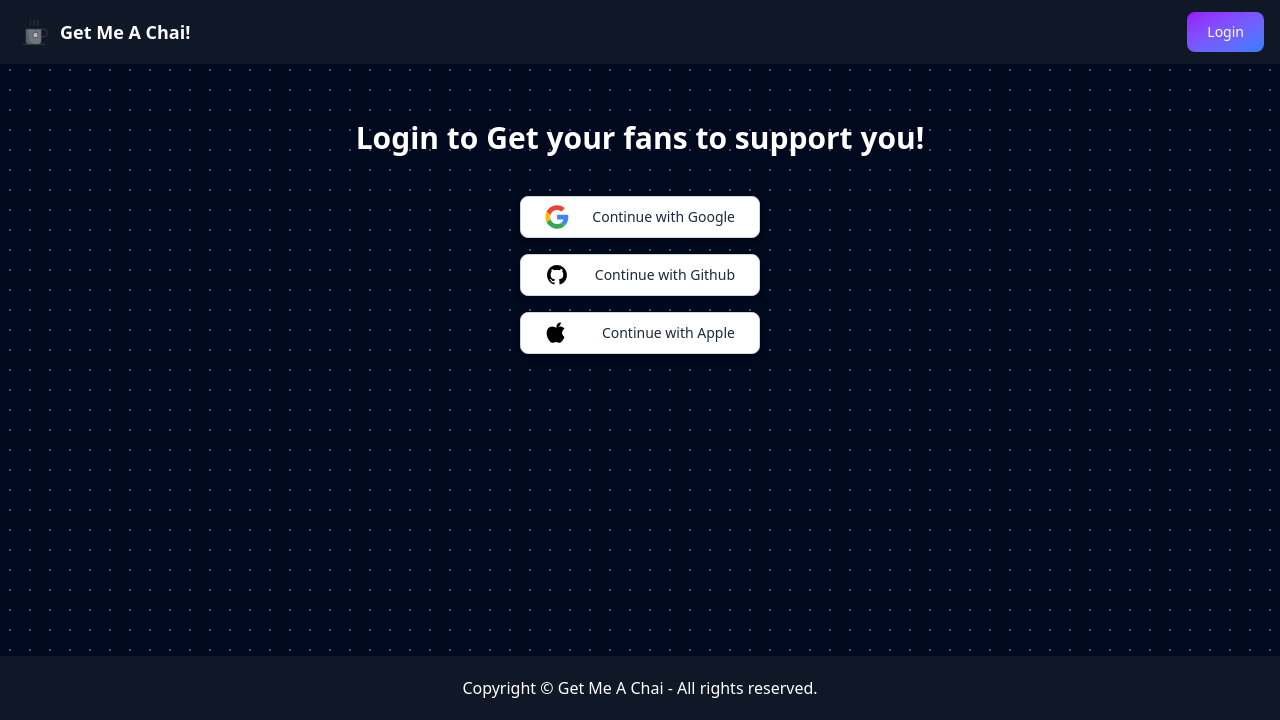
Repository: piyushsudame/patreon-clone-Get-Me-A-Chai
Page: /login
An editor plug-in stored every save of this project. The page is shown before and after the next save, followed by the edit.
The browser window is 1280 px wide. The pictures show the whole page.
The page's requests for data from a server got no answer. The project was rebuilt for these pictures with package versions that can differ from the ones it lists, and the page was loaded fresh each time. The framework's server and built-in components were replaced by stand-ins that run in the browser. No one was signed in, and anything a server would have sent is missing. Also part of the build but not shown: next.config.mjs.

Above is the page before, as saved 2025-05-14 11:38:45.

### app/layout.js
import { Geist, Geist_Mono } from "next/font/google";
import "./globals.css";
import Navbar from "@/components/Navbar";
import Footer from "@/components/Footer";
import SessionWrapper from "@/components/SessionWrapper";
import ToastProvider from "@/components/ToastProvider";
import 'react-toastify/dist/ReactToastify.css';

const geistSans = Geist({
  variable: "--font-geist-sans",
  subsets: ["latin"],
});

const geistMono = Geist_Mono({
  variable: "--font-geist-mono",
  subsets: ["latin"],
});

export const metadata = {
  title: "Get Me A Chai",
  description: "This website is a crowdfunding platform for creators.",
};

export default function RootLayout({ children }) {
  return (
    <html lang="en">
      <body className={`${geistSans.variable} ${geistMono.variable} antialiased`}>
        <SessionWrapper>
          <div className="flex flex-col min-h-screen text-white  bg-blue-950 bg-[radial-gradient(#ffffff33_1px,#00091d_1px)] bg-[size:20px_20px]">
            <Navbar />
            <div className="flex-grow">
              {children}
            </div>
            <Footer />
          </div>
          <ToastProvider />
        </SessionWrapper>
      </body>
    </html>
  );
}

### app/login/page.js
"use client"
import React, { useEffect } from 'react'
import { useSession, signIn, signOut } from "next-auth/react"
import { notFound, useRouter } from 'next/navigation'

const Login = () => {
    const { data: session } = useSession();
    const router = useRouter();

    // Use useEffect for navigation instead of doing it during render
    useEffect(() => {
        // If the user is already logged in, redirect to dashboard page
        if (session) {
            router.push('/dashboard')
        }
    }, [session, router]);

    return (
        <div className='text-white py-14 container mx-auto'>
            <h1 className='text-center font-bold text-3xl'>Login to Get your fans to support you!</h1>

            <div className="social-login-buttons flex flex-col justify-center items-center">
                <div className="flex flex-col gap-4 p-10 rounded-lg w-80">
                    {/* Google */}
                    <button
                        onClick={() => {
                            // Sign in with Google
                            signIn('google', { callbackUrl: '/dashboard' });
                        }}
                        className="flex justify-between items-center bg-white border border-gray-300 rounded-lg shadow-md w-full px-6 py-2 text-sm font-medium text-gray-800 hover:bg-gray-200 focus:outline-none focus:ring-2 focus:ring-offset-2 focus:ring-gray-500"
                    >
                        <svg className="h-6 w-6" xmlns="http://www.w3.org/2000/svg" viewBox="-0.5 0 48 48">
                            <g stroke="none" strokeWidth="1" fill="none" fillRule="evenodd">
                                <path d="M9.827,24c0-1.524,0.253-2.986,0.705-4.356l-7.909-6.04C1.082,16.734,0.214,20.26,0.214,24c0,3.737,0.867,7.261,2.406,10.388l7.905-6.051C10.077,26.973,9.827,25.517,9.827,24" fill="#FBBC05" />
                                <path d="M23.714,10.133c3.311,0,6.302,1.174,8.652,3.094l6.836-6.827c-4.166-3.627-9.507-5.867-15.488-5.867c-9.287,0-17.268,5.311-21.09,13.071l7.909,6.04C12.355,14.112,17.549,10.133,23.714,10.133" fill="#EB4335" />
                                <path d="M23.714,37.867c-6.164,0-11.359-3.979-13.182-9.51l-7.909,6.038c4.822,7.761,12.803,13.072,21.09,13.072c5.732,0,11.205-2.035,15.311-5.849l-7.507-5.804c-2.118,1.334-4.786,2.052-7.804,2.052" fill="#34A853" />
                                <path d="M46.145,24c0-1.387-0.213-2.88-0.534-4.267H23.714v9.067h12.604c-0.63,3.091-2.346,5.468-4.8,7.014l7.507,5.804c4.314-4.004,7.121-9.969,7.121-17.618" fill="#4285F4" />
                            </g>
                        </svg>
                        <span>Continue with Google</span>
                    </button>



                    {/* Github */}
                    <button
                        onClick={() => {
                            // Sign in with GitHub
                            signIn('github', { callbackUrl: '/dashboard' });
                        }}
                        className="flex justify-between items-center bg-white border border-gray-300 rounded-lg shadow-md w-full px-6 py-2 text-sm font-medium text-gray-800 hover:bg-gray-200 focus:outline-none focus:ring-2 focus:ring-offset-2 focus:ring-gray-500"
                    >
                        <svg className="h-6 w-6" xmlns="http://www.w3.org/2000/svg" viewBox="0 0 24 24">
                            <path d="M12,2A10,10,0,0,0,8.84,21.5c.5.08.66-.23.66-.5V19.31C6.73,19.91,6.14,18,6.14,18A2.69,2.69,0,0,0,5,16.5c-.91-.62.07-.6.07-.6a2.1,2.1,0,0,1,1.53,1,2.15,2.15,0,0,0,2.91.83,2.16,2.16,0,0,1,.63-1.34C8,16.17,5.62,15.31,5.62,11.5a3.87,3.87,0,0,1,1-2.71,3.58,3.58,0,0,1,.1-2.64s.84-.27,2.75,1a9.63,9.63,0,0,1,5,0c1.91-1.29,2.75-1,2.75-1a3.58,3.58,0,0,1,.1,2.64,3.87,3.87,0,0,1,1,2.71c0,3.82-2.34,4.66-4.57,4.91a2.39,2.39,0,0,1,.69,1.85V21c0,.27.16.59.67.5A10,10,0,0,0,12,2Z" fill="#000000" />
                        </svg>
                        <span>Continue with Github</span>
                    </button>

                    {/* Apple */}
                    <button className="flex justify-between items-center bg-white border border-gray-300 rounded-lg shadow-md w-full px-6 py-2 text-sm font-medium text-gray-800 hover:bg-gray-200 focus:outline-none focus:ring-2 focus:ring-offset-2 focus:ring-gray-500">
                        <svg className="h-6 w-6" xmlns="http://www.w3.org/2000/svg" viewBox="0 0 24 24">
                            <path d="M17.05,12.04c-0.03-2.89,2.35-4.27,2.46-4.34c-1.34-1.96-3.43-2.23-4.17-2.26c-1.76-0.18-3.46,1.04-4.36,1.04 c-0.91,0-2.3-1.02-3.79-0.99C5.23,5.52,3.51,6.57,2.58,8.2C0.66,11.51,2.07,16.39,3.93,19.08c0.92,1.34,2.01,2.83,3.44,2.77 c1.39-0.06,1.91-0.89,3.59-0.89c1.67,0,2.14,0.89,3.61,0.86c1.49-0.03,2.44-1.35,3.35-2.7c1.07-1.54,1.5-3.05,1.52-3.13 C19.4,15.98,17.08,14.37,17.05,12.04z M14.69,4.7c0.75-0.92,1.26-2.19,1.12-3.47c-1.08,0.05-2.43,0.73-3.2,1.63 c-0.69,0.8-1.3,2.1-1.14,3.33C12.66,6.27,13.92,5.62,14.69,4.7z" fill="#000000" />
                        </svg>
                        <span>Continue with Apple</span>
                    </button>
                </div>
            </div>
        </div>
    )
}

export default Login

### app/globals.css
@import "tailwindcss";

.invertImg{
    filter: invert(0.23)
}

### components/Navbar.js
"use client"
import React, { useState } from 'react'
import { useSession, signIn, signOut } from "next-auth/react"
import Link from 'next/link'

const Navbar = () => {
  const { data: session, status } = useSession()
  const [menuOpen, setMenuOpen] = useState(false)

  return (
    <nav className='bg-gray-900 text-white flex flex-wrap justify-between px-4 py-3 items-center relative'>
      <div className='text-lg logo font-bold flex justify-center items-center'>
        <Link className='flex justify-center items-center gap-2' href={'/'}>
          <span><img width={36} height={36} src="/tea.gif" alt="" className="invertImg min-w-[36px]" /></span>
          <span className="text-base sm:text-lg whitespace-nowrap">Get Me A Chai!</span>
        </Link>
      </div>

      {/* Mobile menu button */}
      <button
        className="md:hidden flex items-center px-3 py-2 border rounded text-gray-300 border-gray-400 hover:text-white hover:border-white"
        onClick={() => setMenuOpen(!menuOpen)}
      >
        <svg className="fill-current h-4 w-4" viewBox="0 0 20 20" xmlns="http://www.w3.org/2000/svg">
          <title>Menu</title>
          <path d="M0 3h20v2H0V3zm0 6h20v2H0V9zm0 6h20v2H0v-2z"/>
        </svg>
      </button>

      {/* Menu items */}
      <div className={`${menuOpen ? 'block' : 'hidden'} md:flex w-full md:w-auto md:items-center mt-4 md:mt-0`}>
        {status === "loading" ? (
          <div className="animate-pulse">Loading...</div>
        ) : session ? (
          <div className="flex flex-col md:flex-row items-start md:items-center gap-4">
            <Link href={`/${session.user.name?.replace(/\s+/g, '-').toLowerCase()}`} className="flex items-center gap-2">
              {session.user.image && (
                <img
                  src={session.user.image}
                  alt={session.user.name || "User"}
                  className="w-8 h-8 rounded-full"
                />
              )}
              <span className="truncate max-w-[150px]">{session.user.name || session.user.email}</span>
            </Link>
            <Link href={'/dashboard'} className="w-full md:w-auto">
              <button type="button" className="w-full md:w-auto text-white bg-gradient-to-br from-purple-600 to-blue-500 hover:bg-gradient-to-bl focus:ring-4 focus:outline-none focus:ring-blue-300 dark:focus:ring-blue-800 font-medium rounded-lg text-sm px-5 py-2.5 text-center">Dashboard</button>
            </Link>
            <button
              onClick={() => signOut({ callbackUrl: '/' })}
              className="w-full md:w-auto text-white bg-gradient-to-br from-red-500 to-pink-500 hover:bg-gradient-to-bl focus:ring-4 focus:outline-none focus:ring-red-300 font-medium rounded-lg text-sm px-5 py-2.5 text-center"
            >
              Sign out
            </button>
          </div>
        ) : (
          <Link href={"/login"} className="w-full md:w-auto">
            <button type="button" className="w-full md:w-auto text-white bg-gradient-to-br from-purple-600 to-blue-500 hover:bg-gradient-to-bl focus:ring-4 focus:outline-none focus:ring-blue-300 dark:focus:ring-blue-800 font-medium rounded-lg text-sm px-5 py-2.5 text-center">Login</button>
          </Link>
        )}
      </div>
    </nav>
  )
}

export default Navbar

### components/Footer.js
import React from 'react'

const Footer = () => {
  return (
    <footer className='bg-gray-900 text-white flex justify-center px-4 h-16 items-center'>
        <p className=''>Copyright &copy; Get Me A Chai - All rights reserved.</p>
    </footer>
  )
}

export default Footer

### components/SessionWrapper.js
"use client"
import React from 'react'
import { SessionProvider } from "next-auth/react"

const SessionWrapper = ({children}) => {
  return (
    <SessionProvider
      // Adding session configuration options
      options={{
        staleTime: 0, // Time in seconds after which the session is considered stale
        refetchInterval: 5 * 60, // Refetch session every 5 minutes
        refetchOnWindowFocus: true, // Refetch when window gets focus
        clientMaxAge: 0 // Force a session refresh on client side
      }}
    >
      {children}
    </SessionProvider>
  )
}

export default SessionWrapper

### components/ToastProvider.js
'use client';

import { ToastContainer } from 'react-toastify';

export default function ToastProvider() {
  return (
    <ToastContainer
      position="top-right"
      autoClose={5000}
      hideProgressBar={false}
      newestOnTop
      closeOnClick
      rtl={false}
      pauseOnFocusLoss
      draggable
      pauseOnHover
      theme="dark"
    />
  );
}

After the next save:
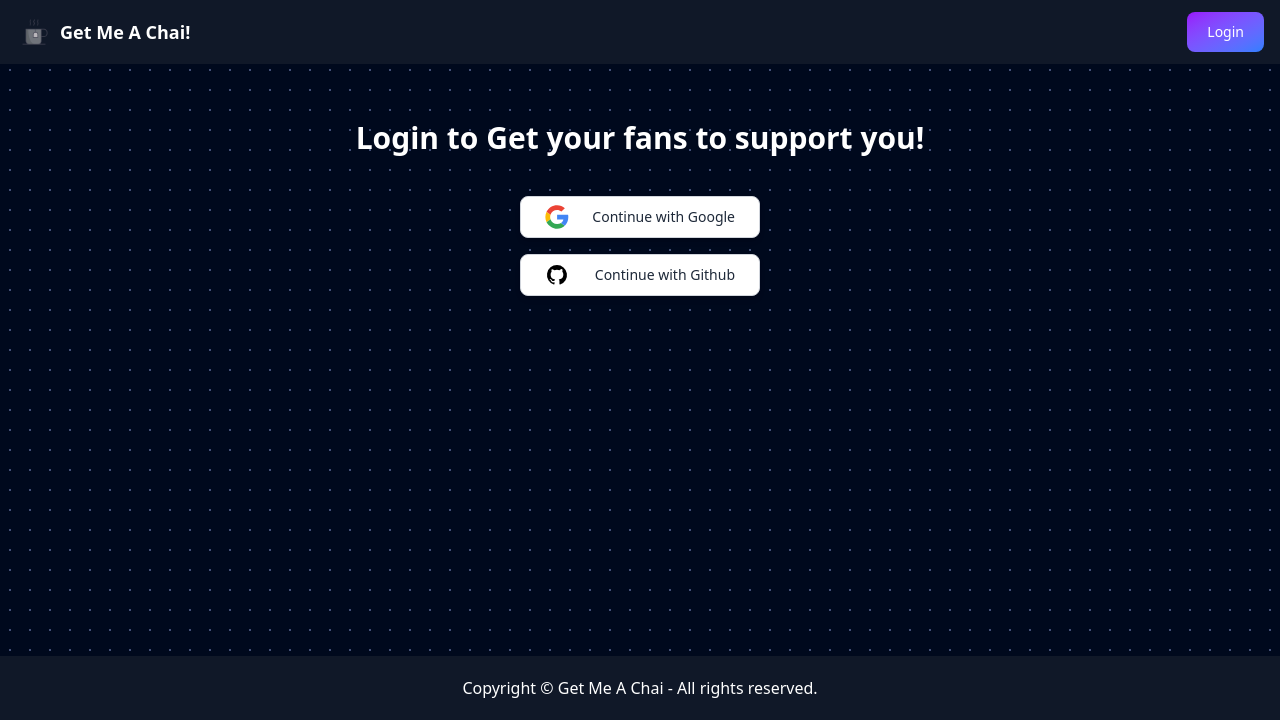
Saved 6 s later.
--- a/app/login/page.js
+++ b/app/login/page.js
@@ -55,14 +55,6 @@ const Login = () => {
                         </svg>
                         <span>Continue with Github</span>
                     </button>
-
-                    {/* Apple */}
-                    <button className="flex justify-between items-center bg-white border border-gray-300 rounded-lg shadow-md w-full px-6 py-2 text-sm font-medium text-gray-800 hover:bg-gray-200 focus:outline-none focus:ring-2 focus:ring-offset-2 focus:ring-gray-500">
-                        <svg className="h-6 w-6" xmlns="http://www.w3.org/2000/svg" viewBox="0 0 24 24">
-                            <path d="M17.05,12.04c-0.03-2.89,2.35-4.27,2.46-4.34c-1.34-1.96-3.43-2.23-4.17-2.26c-1.76-0.18-3.46,1.04-4.36,1.04 c-0.91,0-2.3-1.02-3.79-0.99C5.23,5.52,3.51,6.57,2.58,8.2C0.66,11.51,2.07,16.39,3.93,19.08c0.92,1.34,2.01,2.83,3.44,2.77 c1.39-0.06,1.91-0.89,3.59-0.89c1.67,0,2.14,0.89,3.61,0.86c1.49-0.03,2.44-1.35,3.35-2.7c1.07-1.54,1.5-3.05,1.52-3.13 C19.4,15.98,17.08,14.37,17.05,12.04z M14.69,4.7c0.75-0.92,1.26-2.19,1.12-3.47c-1.08,0.05-2.43,0.73-3.2,1.63 c-0.69,0.8-1.3,2.1-1.14,3.33C12.66,6.27,13.92,5.62,14.69,4.7z" fill="#000000" />
-                        </svg>
-                        <span>Continue with Apple</span>
-                    </button>
                 </div>
             </div>
         </div>
